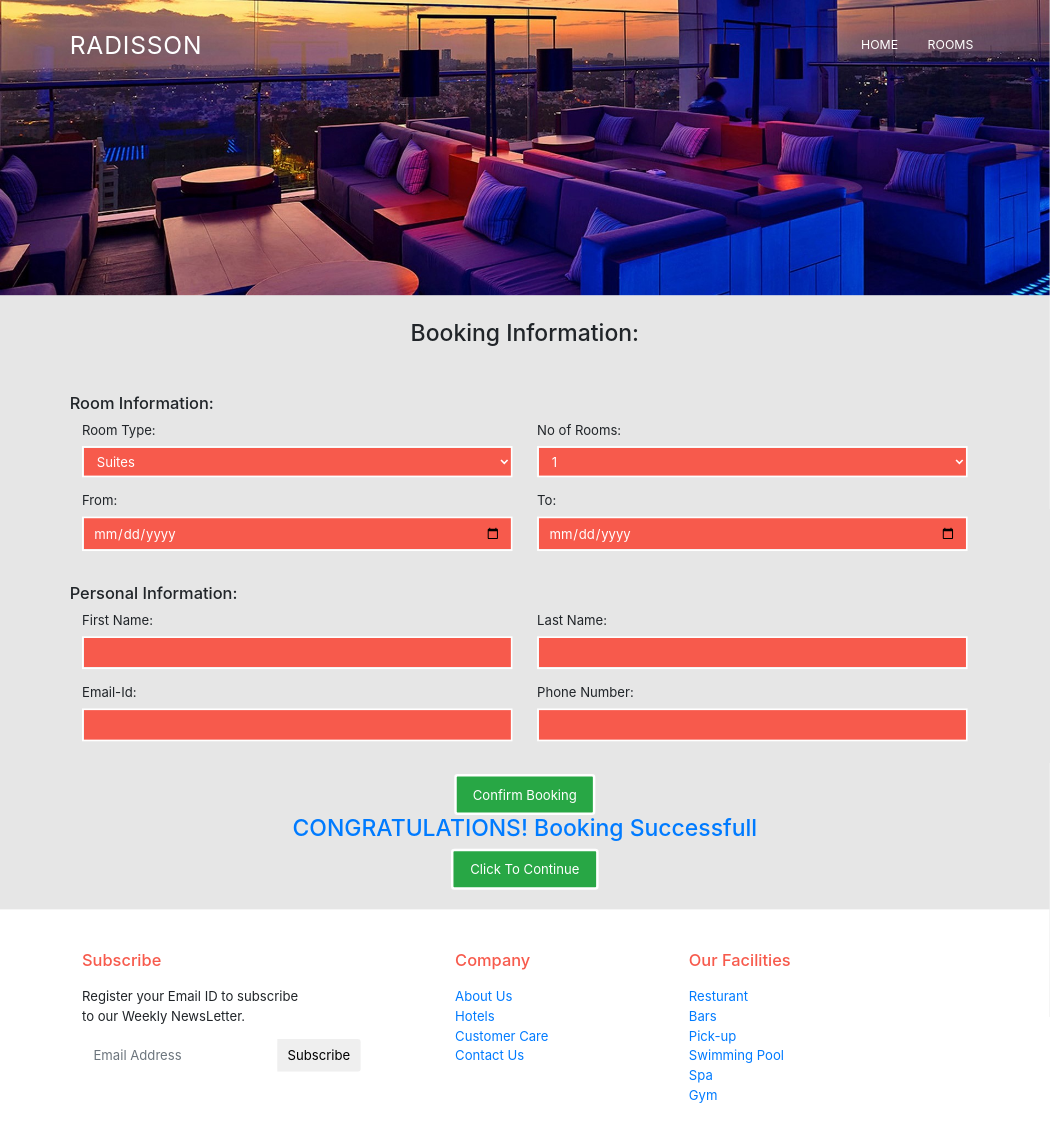
Repository: kapsky5/HotelManagement
Page: booking.html
The author's editor kept a copy of each file at every save. The page is drawn from the files as they stood at one save, then again after the next save.
The browser window is 1280 px wide. The pictures show the whole page, at 82% of full size.

Above is the page before, as saved 2019-11-08 10:17:26.

After the next save:
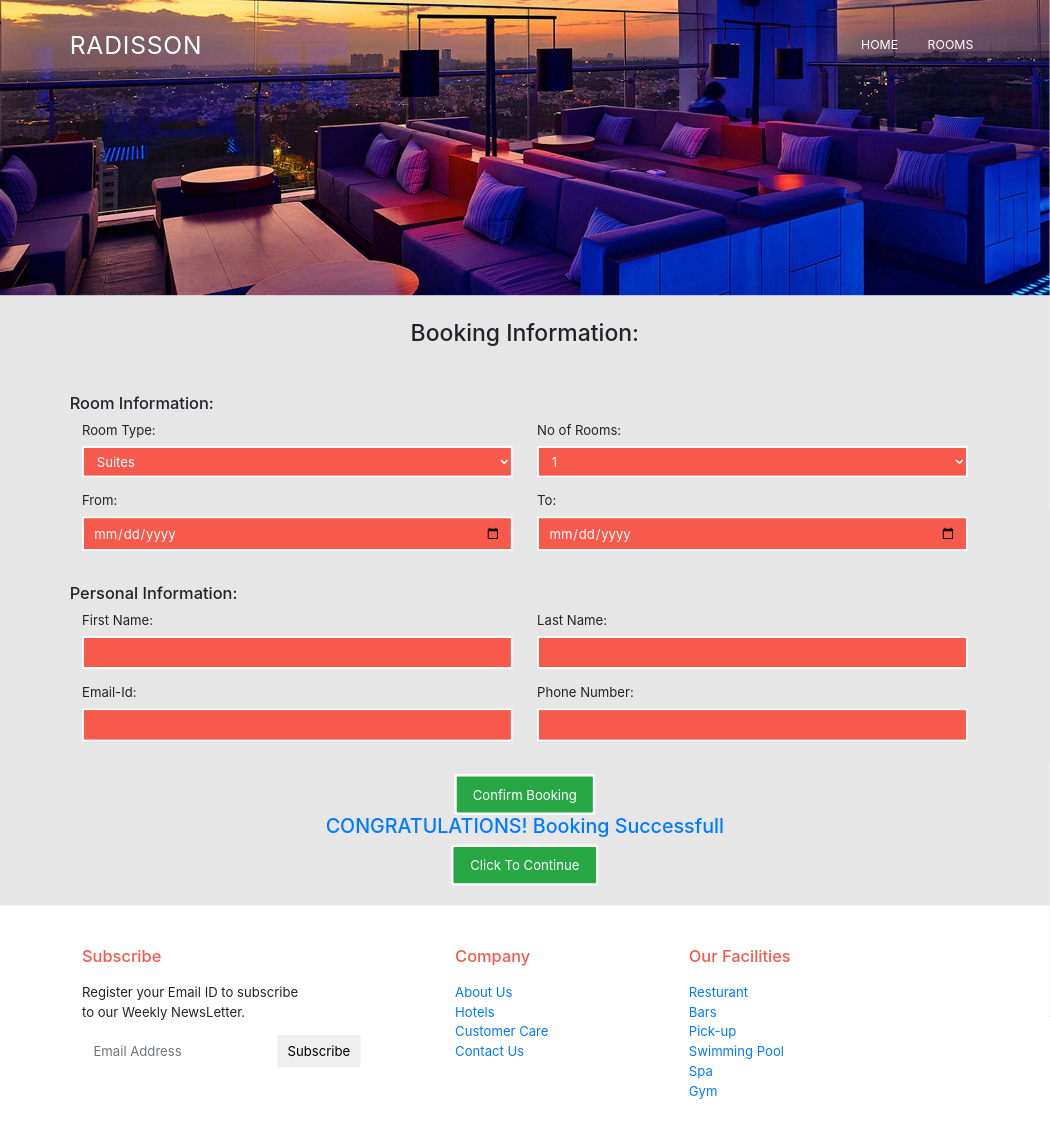
Saved 75 s later.
--- a/booking.html
+++ b/booking.html
@@ -112,7 +112,7 @@
                 <div class="text-center" id="continue">
 
                     <a href="/services">
-                        <h3 class="congrats">CONGRATULATIONS! Booking Successfull</h3>
+                        <h4 class="congrats">CONGRATULATIONS! Booking Successfull</h4>
                         <div class="text-center btn btn-success" id="btn-submit" style="padding: 10px 20px; border: solid 3px white;">
                             Click To Continue
                         </div>
